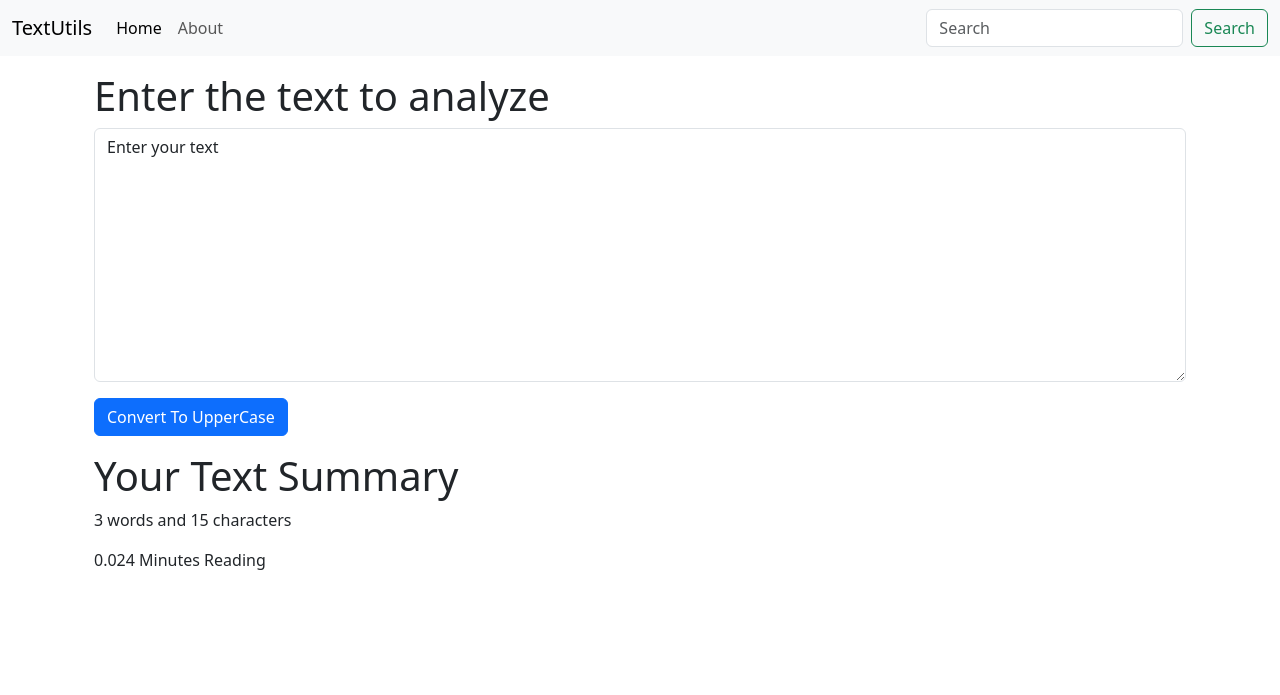
Repository: Rohit-foryou/Text-Utils
Page: /
These files come from the project's save history. The page is drawn as it stood at one moment and after the next save; the edit follows.
The browser window is 1280 px wide. The pictures show the whole page.
The project was rebuilt for these pictures with package versions that can differ from the ones it lists, and the page was loaded fresh each time. Also part of the build but not shown: src/index.css, src/App.css.

Above is the page before, as saved 2023-12-20 21:13:10.

After the next save:
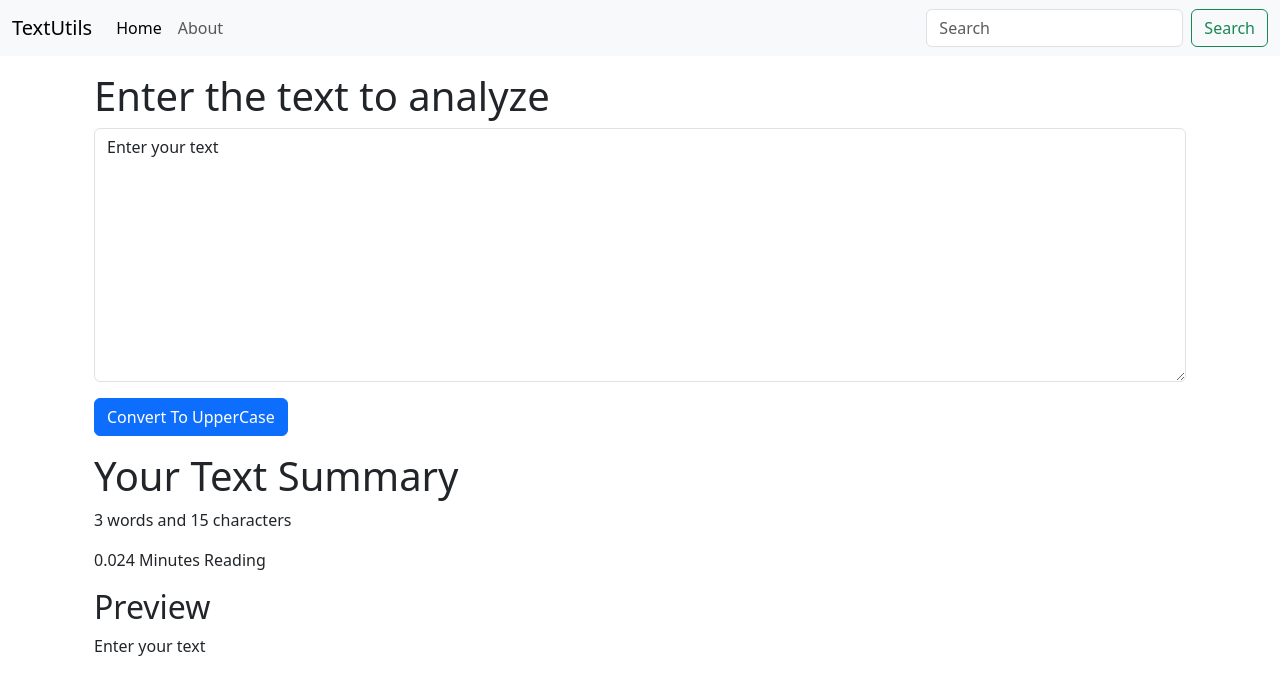
Saved 75 s later.
--- a/src/components/TextForm.js
+++ b/src/components/TextForm.js
@@ -25,6 +25,8 @@
       <h1>Your Text Summary</h1>
       <p>{text.split(" ").length} words and {text.length} characters</p>
       <p>{0.008*text.split(" ").length} Minutes Reading</p>
+      <h2>Preview</h2>
+      <p>{text}</p>
     </div>
     </>
   )
